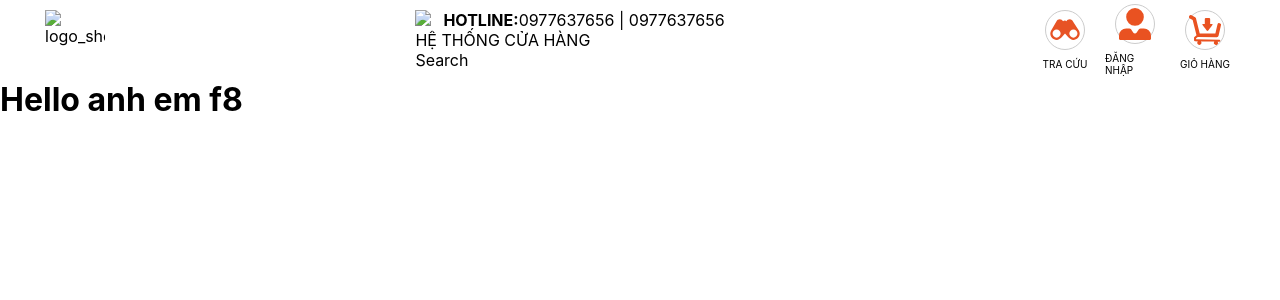
Repository: manhhieu120499/BadmintonShop
Page: /
The author's editor kept a copy of each file at every save. The page is drawn from the files as they stood at one save, then again after the next save.
The browser window is 1280 px wide. The pictures show the whole page.
The project was rebuilt for these pictures with package versions that can differ from the ones it lists, and the page was loaded fresh each time.

Above is the page before, as saved 2024-08-19 10:49:46.

### src/App.js
import './App.css';
import { DefaultLayout } from './layouts/DefaultLayout';

function App() {
	return (
		<DefaultLayout>
			<div className="App">
				<h1>Hello anh em f8</h1>
			</div>
		</DefaultLayout>
	);
}

export default App;

### src/App.css
/*reset css*/
* {
	margin: 0;
	padding: 0;
	box-sizing: border-box;
}

### src/layouts/DefaultLayout/DefaultLayout.js
import classNames from 'classnames/bind';
import styles from './DefaultLayout.module.scss';
import { Header } from '../components/';

const cx = classNames.bind(styles);

function DefaultLayout({ children }) {
	return (
		<div className={cx('container')}>
			<Header />
			{children}
		</div>
	);
}

export default DefaultLayout;

### src/layouts/DefaultLayout/DefaultLayout.module.scss
.container {
	width: 100vw;
	min-height: 100vh;
	background-color: white;
}

### src/layouts/components/Header/Header.js
import classNames from 'classnames/bind';
import styles from './Header.module.scss';
import images from '../../../assets/images';
import Search from '../Search';
import { LookupIcon, ShoppingCart, UserIcon } from '../../../components/Icons';
import Button from '../../../components/Button';
const cx = classNames.bind(styles);
function Header() {
	return (
		<div className={cx('wrapper')}>
			<img
				className={cx('logo-brand')}
				src={images.logo}
				alt="logo_shop"
			/>
			<div className={cx('header-content')}>
				<div className={cx('info-contact')}>
					{/** icon */}
					<img
						src={images.phone_call}
						alt="telesale"
						className={cx('image-telesale')}
					/>
					<div className={cx('contact')}>
						<p className={cx('contact_title')}>HOTLINE:</p>
						<p className={cx('contact_number')}>
							<span>0977637656</span>
							<span> | </span>
							<span>0977637656</span>
						</p>
					</div>
				</div>
				<div className={cx('other-company')}>
					{/** icon */}
					<p>HỆ THỐNG CỬA HÀNG</p>
				</div>
				<Search />
			</div>
			<div className={cx('other')}>
				<Button title={'Tra cứu'} Icon={LookupIcon} />
				<Button title={'Đăng nhập'} Icon={UserIcon} />
				<Button title={'Giỏ hàng'} Icon={ShoppingCart} />
			</div>
		</div>
	);
}

export default Header;

### src/layouts/components/Header/Header.module.scss
.wrapper {
	height: 80px;
	width: 100%;
	padding: 0px 45px;
	display: flex;
	justify-content: space-between;
	align-items: center;
}

.logo-brand {
	width: 60px;
	height: 60px;
	display: inline-block;
}

.info-contact {
	display: flex;
	align-items: center;
}

.contact {
	display: flex;
}

.contact_title {
	font-weight: bold;
}

.image-telesale {
	width: 20px;
	height: 20px;
	margin-right: 8px;
}

.other {
	display: flex;
	align-items: center;
	gap: 10px;
}

### src/assets/images/index.js
const images = {
	logo: require('../images/logo.svg').default,
	phone_call: require('../images/phone-call.svg').default,
};

export default images;

### src/layouts/components/Search/Search.js
function Search() {
	return <div>Search</div>;
}

export default Search;

### src/components/Icons/Icon.js
export const LookupIcon = ({ width = '2rem', height = '2rem' }) => {
	return (
		<svg
			version="1.1"
			id="Layer_1"
			xmlns="http://www.w3.org/2000/svg"
			x="0px"
			y="0px"
			viewBox="0 0 850.39 850.39"
			width={width}
			height={height}
		>
			<path
				fill="#E75325"
				d="M797.17,444.28L641.85,206.29c-14.4-37.32-50.59-63.8-92.99-63.8c-35.78,0-67.14,18.86-84.72,47.18
								   c-11.68-9.55-26.59-15.28-42.85-15.28c-18.79,0-35.78,7.65-48.06,20c-16.92-30.92-49.75-51.89-87.48-51.89
								   c-38.92,0-72.61,22.33-89.02,54.86L53.74,443.61c-12.2,23.22-19.14,49.61-19.14,77.61c0,92.32,75.11,167.44,167.44,167.44
								   c55.47,0,95.68-27.91,135.19-68.81l88.06-98.63l88.06,98.63c39.51,36.92,79.72,68.81,135.19,68.81
								   c92.33,0,167.44-75.11,167.44-167.44C815.97,493.49,809.15,467.34,797.17,444.28z M202.03,628.85
								   c-59.45,0-107.64-48.19-107.64-107.64s48.19-107.64,107.64-107.64s107.64,48.19,107.64,107.64S261.48,628.85,202.03,628.85z
									M648.53,628.85c-59.45,0-107.64-48.19-107.64-107.64s48.19-107.64,107.64-107.64s107.64,48.19,107.64,107.64
								   S707.98,628.85,648.53,628.85z"
			></path>
		</svg>
	);
};

export const UserIcon = ({ width = '2rem', height = '2rem' }) => {
	return (
		<svg
			xmlns="http://www.w3.org/2000/svg"
			viewBox="0 0 245.86 244.44"
			fill="#E95221"
			width={width}
			height={height}
		>
			<path
				d="M249.31,163.93H225.14a16.46,16.46,0,0,0-13.49,7l-16.9,24.18a16.46,16.46,0,0,1-27.12-.18l-16.17-23.82a16.48,16.48,0,0,0-13.62-7.22H114.11a55.34,55.34,0,0,0-55.33,55.34v24.55A8.23,8.23,0,0,0,67,252.06h229.4a8.24,8.24,0,0,0,8.23-8.24V219.27A55.34,55.34,0,0,0,249.31,163.93Zm-67.57-20.58a67.87,67.87,0,1,0-67.86-67.87A67.86,67.86,0,0,0,181.74,143.35Z"
				transform="translate(-58.78 -7.61)"
			></path>
		</svg>
	);
};

export const ShoppingCart = ({ width = '2rem', height = '2rem' }) => {
	return (
		<svg
			xmlns="http://www.w3.org/2000/svg"
			viewBox="0 0 265.71 247.92"
			fill="#E95221"
			width={width}
			height={height}
		>
			<path
				d="M298.21,71.39a14.93,14.93,0,0,0-17.88,11.2l-17.21,75-129.91-1.2L101.9,31.17a15,15,0,0,0-7.28-9.46L66.2,6.08A14.92,14.92,0,0,0,51.82,32.23L74.53,44.72l31.89,127.52L89.25,185.79A8.52,8.52,0,0,0,86,192.48v21.31a8.52,8.52,0,0,0,8.4,8.53l24.06.34A17,17,0,1,0,142,223l112.53,1.58a17,17,0,1,0,26.94.38l14.67.2h.13a8.53,8.53,0,0,0,.11-17l-193.35-2.72v-8.77l14.18-11.2a14.36,14.36,0,0,0,4.15.67l153.44,1.43H275a14.93,14.93,0,0,0,14.54-11.59l19.91-86.66A14.93,14.93,0,0,0,298.21,71.39Z"
				transform="translate(-44.09 -4.24)"
				strokeMiterlimit="10"
				strokeLinecap="round"
				strokeLinejoin="round"
			></path>
			<path
				d="M233.64,77.44H219.77V37.3a8.91,8.91,0,0,0-8.91-8.91H184.14a8.91,8.91,0,0,0-8.9,8.91V77.44H161.37c-6.14,0-8.16,4-4.5,9l10.32,13.84,13.33,17.9L190.84,132c3.67,4.92,9.67,4.92,13.33,0l10.32-13.85,13.33-17.9,10.32-13.84C241.8,81.46,239.78,77.44,233.64,77.44Z"
				transform="translate(-44.09 -4.24)"
				strokeMiterlimit="10"
				strokeLinecap="round"
				strokeLinejoin="round"
			></path>
		</svg>
	);
};

### src/components/Button/Button.js
import classNames from 'classnames/bind';
import styles from './Button.module.scss';

const cx = classNames.bind(styles);

function Button({ title, Icon, onClick }) {
	return (
		<div className={cx('wrapper')} onClick={onClick}>
			<div className={cx('image-icon')}>
				<Icon />
			</div>
			<p className={cx('title')}>{title.toUpperCase()}</p>
		</div>
	);
}

export default Button;

### src/components/Button/Button.module.scss
.wrapper {
	display: flex;
	flex-direction: column;
	align-items: center;
	width: 60px;
}

.image-icon {
	width: 40px;
	height: 40px;
	border-radius: 50%;
	border: 1px solid #ccc;
	display: flex;
	align-items: center;
	justify-content: center;
}

.title {
	margin-top: 8px;
	font-size: 10px;
}

Loaded but not shown: public/index.html (common file); src/index.js (common file); src/index.css (common file); src/reportWebVitals.js (common file); src/layouts/DefaultLayout/index.js (common file); src/layouts/components/index.js (common file); src/layouts/components/Header/index.js (common file); src/layouts/components/Search/index.js (common file); src/components/Icons/index.js (common file); src/components/Button/index.js (common file)

After the next save:
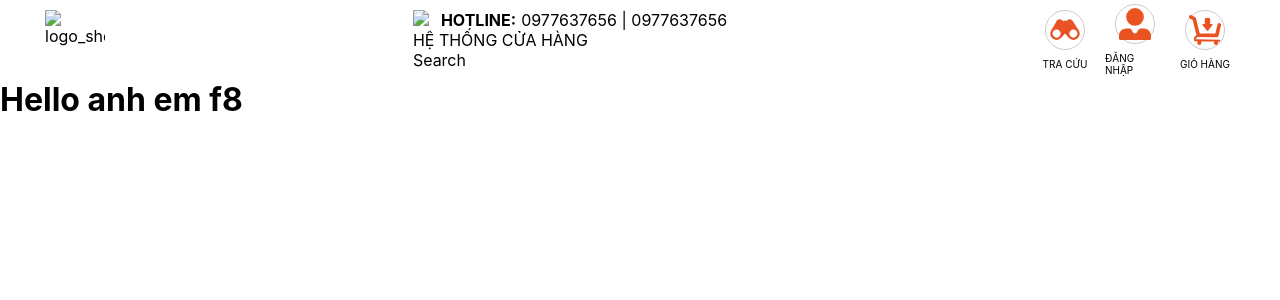
Saved 9 s later.
--- a/src/layouts/components/Header/Header.module.scss
+++ b/src/layouts/components/Header/Header.module.scss
@@ -24,6 +24,7 @@
 
 .contact_title {
 	font-weight: bold;
+	margin-right: 5px;
 }
 
 .image-telesale {
